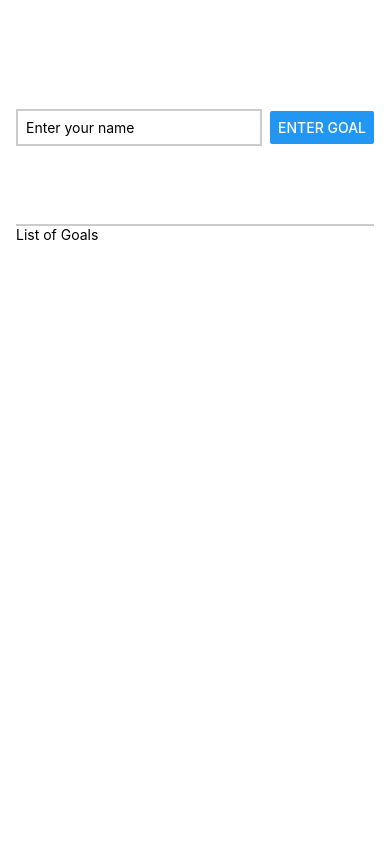
Repository: thezaidbintariq/RNCourse
Screen: /
An editor plug-in stored every save of this project. The screen is shown before and after the next save, followed by the edit.
The app was drawn by React Native's web renderer in a window 390 px wide. The project was rebuilt for these pictures with package versions that can differ from the ones it lists, and the page was loaded fresh each time.

Above is the screen before, as saved 2022-08-09 14:59:37.

### App.js
import { Button, StyleSheet, Text, TextInput, View } from 'react-native';

export default function App() {
  return (
    <View style={styles.appContainer}>
      <View style={styles.inputContainer}>
        <TextInput style={styles.input} placeholder="Enter your name" />
        <Button title="Enter Goal" />
      </View>
      <View style={styles.goalsContainer}>
        <Text>List of Goals</Text>
      </View>
    </View>
  );
}

const styles = StyleSheet.create({
  appContainer : {
   paddingTop: 50,
   paddingHorizontal: 16,
   flex: 1
  },
  inputContainer: {
    flexDirection: 'row',
    justifyContent: 'space-between',
    alignItems: 'center',
    paddingBottom: 20,
    borderBottomWidth: 2,
    borderColor: '#ccc',
    flex: 1
  },
  input: {
    width: '70%',
    borderColor: '#cccccc',
    borderWidth: 2,
    padding: 8,
    marginRight: 8
  },
  goalsContainer: {
    flex: 4

  }
}
);

After the next save:
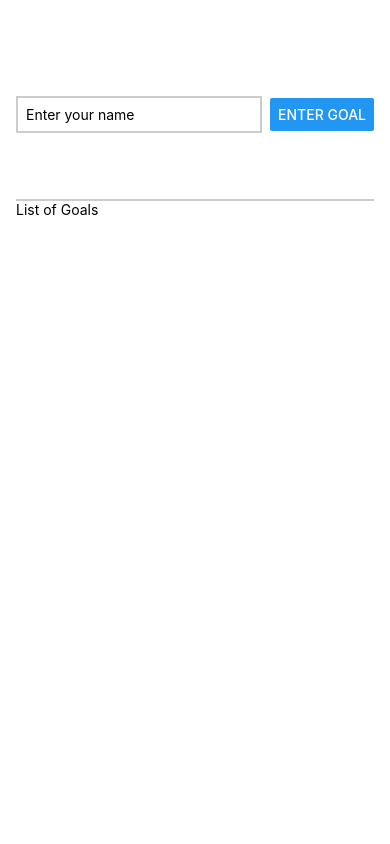
Saved 4 s later.
--- a/App.js
+++ b/App.js
@@ -37,7 +37,7 @@ const styles = StyleSheet.create({
     marginRight: 8
   },
   goalsContainer: {
-    flex: 4
+    flex: 5
 
   }
 }
